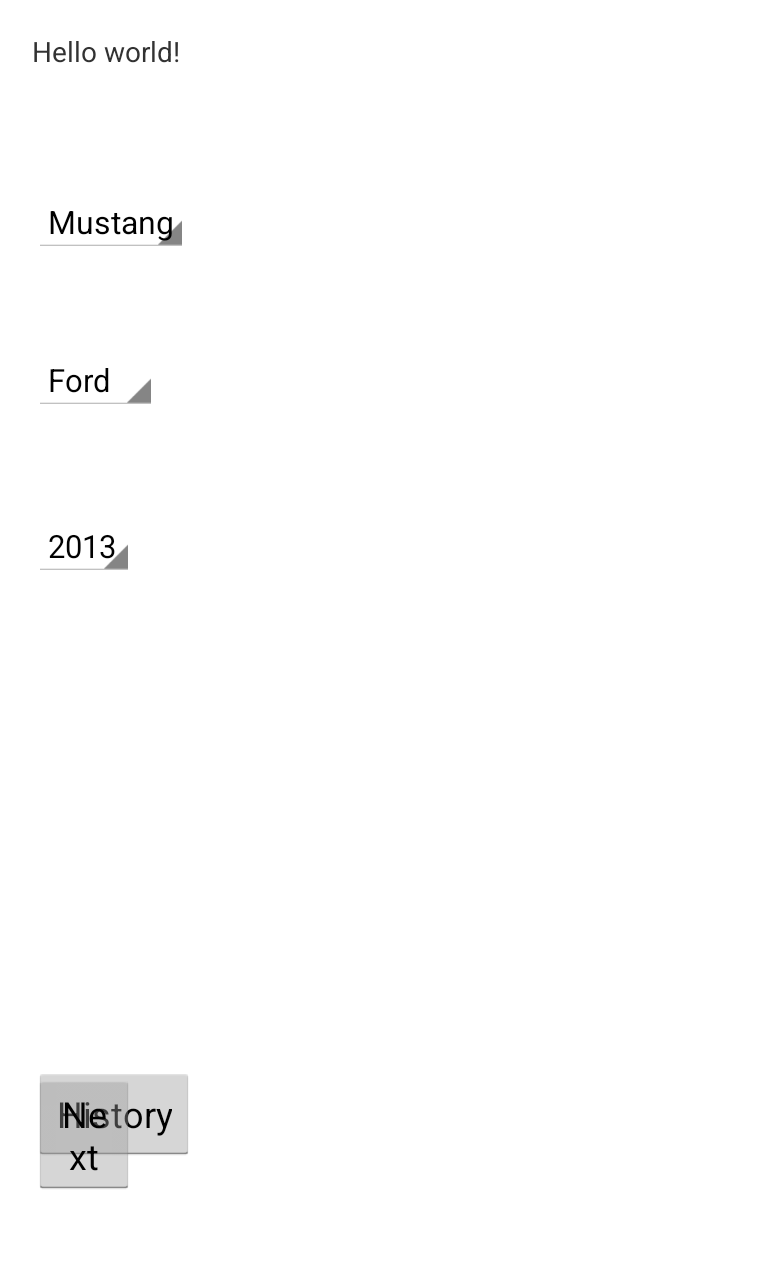
Repository: raul09/Overdrive
Layout: workspace/AutoPerformanceAnalyzer/res/layout/activity_main.xml
The author's editor kept a copy of each file at every save. The layout is drawn from the files as they stood at one save, then again after the next save.
It is drawn on a 768 x 1280 px phone screen (xhdpi) without system bars, with theme AppTheme; the app's code is not run.

Above is the layout before, as saved 2013-10-01 12:35:12.

### workspace/AutoPerformanceAnalyzer/res/layout/activity_main.xml
<RelativeLayout xmlns:android="http://schemas.android.com/apk/res/android"
    xmlns:tools="http://schemas.android.com/tools"
    android:layout_width="match_parent"
    android:layout_height="match_parent"
    android:paddingBottom="@dimen/activity_vertical_margin"
    android:paddingLeft="@dimen/activity_horizontal_margin"
    android:paddingRight="@dimen/activity_horizontal_margin"
    android:paddingTop="@dimen/activity_vertical_margin"
    tools:context=".MainActivity" >

    <TextView
        android:id="@+id/textView1"
        android:layout_width="wrap_content"
        android:layout_height="wrap_content"
        android:text="@string/hello_world" />

    <Spinner
        android:id="@+id/Model"
        android:layout_width="wrap_content"
        android:layout_height="wrap_content"
        android:layout_alignLeft="@+id/textView1"
        android:layout_below="@+id/textView1"
        android:layout_marginTop="60dp"
        android:entries="@array/Model" />

    <Spinner
        android:id="@+id/Make"
        android:layout_width="wrap_content"
        android:layout_height="wrap_content"
        android:layout_alignLeft="@+id/Model"
        android:layout_below="@+id/Model"
        android:layout_marginTop="47dp"
        android:entries="@array/Make" />

    <Spinner
        android:id="@+id/Year"
        android:layout_width="wrap_content"
        android:layout_height="wrap_content"
        android:layout_alignLeft="@+id/Make"
        android:layout_below="@+id/Make"
        android:layout_marginTop="51dp"
        android:entries="@array/Year" />

    <Button
        android:id="@+id/History"
        android:layout_width="wrap_content"
        android:layout_height="wrap_content"
        android:layout_alignLeft="@+id/Year"
        android:layout_alignParentBottom="true"
        android:layout_marginBottom="43dp"
        android:text="@string/History" />
    <Button
        android:id="@+id/Next"
        android:layout_width="wrap_content"
        android:layout_height="wrap_content"
        android:layout_alignBaseline="@+id/History"
        android:layout_alignBottom="@+id/History"
        android:layout_alignRight="@+id/Year"
        android:text="@string/Next"  />

</RelativeLayout>

### workspace/AutoPerformanceAnalyzer/res/values/strings.xml
<?xml version="1.0" encoding="utf-8"?>
<resources>

    <string name="app_name">Auto Performance Analyzer</string>
    <string name="action_settings">Settings</string>
    <string name="hello_world">Hello world!</string>
    <string name="History">History</string>
    <string name="Next">Next</string>
    <string-array name="Make">
        <item>Ford</item>
        <item>Toyota</item>
        <item>Honda</item>
    </string-array>
    <string-array name="Model">
        <item>Mustang</item>
        <item>F150</item>
        <item>350-Z</item>
    </string-array>
    <string-array name="Year">
        <item>2013</item>
        <item>2012</item>
        <item>2011</item>
        <item>2010</item>
        <item>2009</item>
        <item>2008</item>
    </string-array>

</resources>

Loaded but not shown: workspace/AutoPerformanceAnalyzer/res/values/styles.xml (common file); workspace/AutoPerformanceAnalyzer/res/values-v11/styles.xml (common file); workspace/AutoPerformanceAnalyzer/res/values-v14/styles.xml (common file); workspace/AutoPerformanceAnalyzer/res/values/dimens.xml (common file)

After the next save:
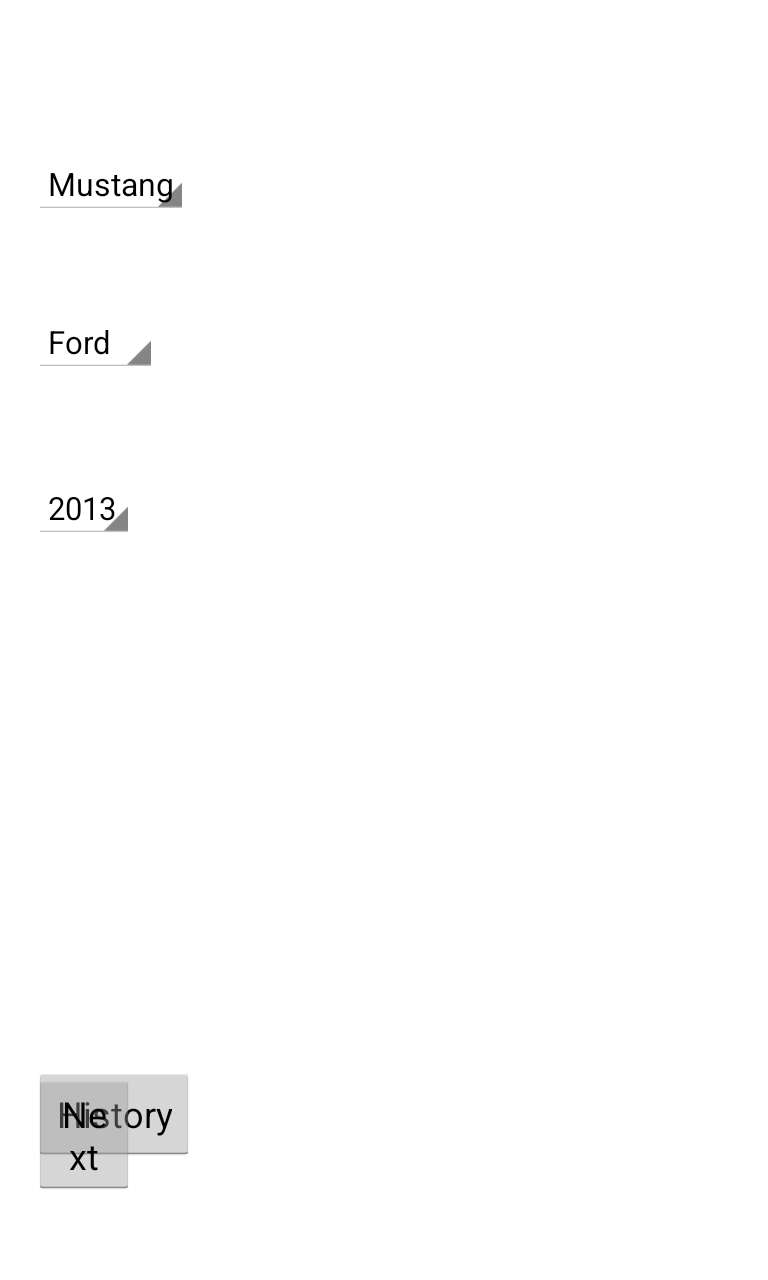
Saved 94 s later.
--- a/workspace/AutoPerformanceAnalyzer/res/layout/activity_main.xml
+++ b/workspace/AutoPerformanceAnalyzer/res/layout/activity_main.xml
@@ -7,12 +7,6 @@
     android:paddingRight="@dimen/activity_horizontal_margin"
     android:paddingTop="@dimen/activity_vertical_margin"
     tools:context=".MainActivity" >
-
-    <TextView
-        android:id="@+id/textView1"
-        android:layout_width="wrap_content"
-        android:layout_height="wrap_content"
-        android:text="@string/hello_world" />
 
     <Spinner
         android:id="@+id/Model"
